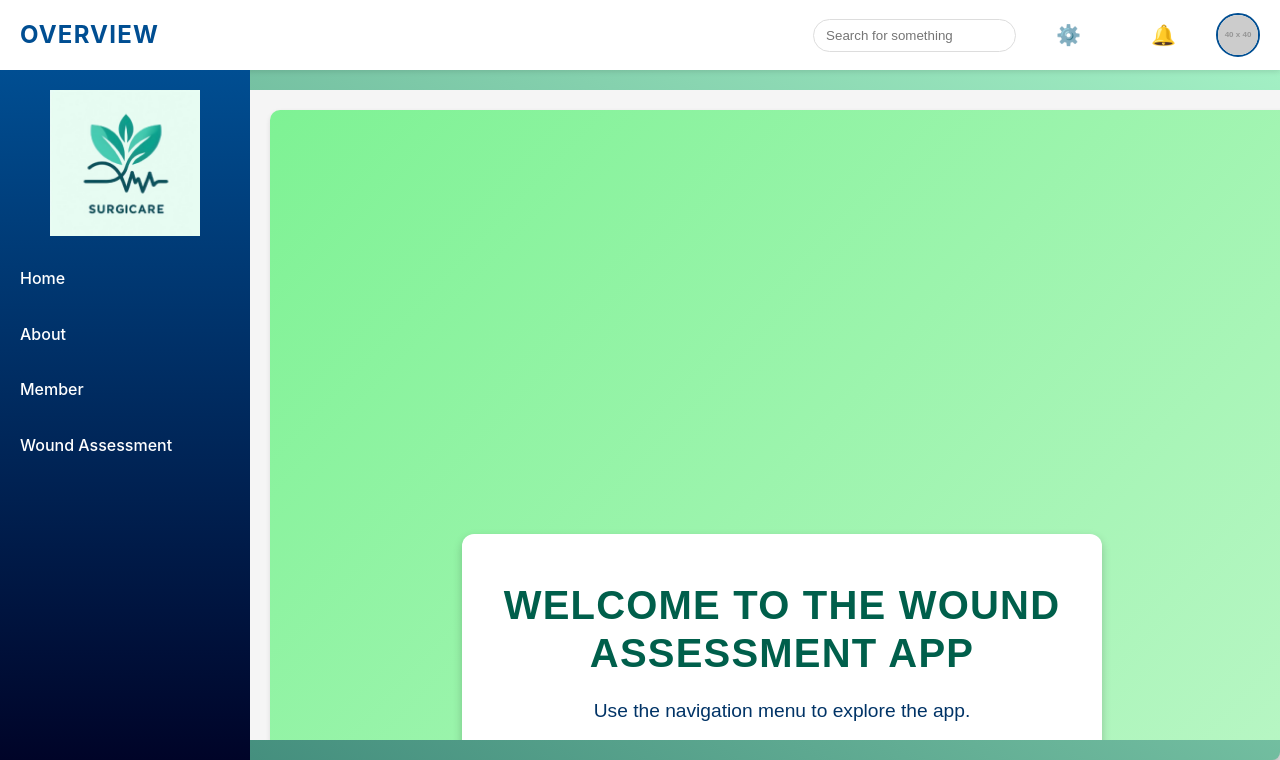
Repository: Jinwoo290350/Surgicare-Vue
Page: / (app in surgicare/)
These files come from the project's save history. The page is drawn as it stood at one moment and after the next save; the edit follows.
The browser window is 1280 px wide. The pictures show the whole page.
The project was rebuilt for these pictures with package versions that can differ from the ones it lists, and the page was loaded fresh each time. Also part of the build but not shown: surgicare/vite.config.js, surgicare/src/views/About.vue, surgicare/src/views/Member.vue, surgicare/src/components/WoundAssessment.vue.

Above is the page before, as saved 2024-12-30 20:46:11.
Console error: TypeError: Cannot read properties of null (reading 'getContext')

### surgicare/index.html
<!doctype html>
<html lang="en">
  <head>
    <meta charset="UTF-8" />
    <link rel="icon" type="image/svg+xml" href="/vite.svg" />
    <meta name="viewport" content="width=device-width, initial-scale=1.0" />
    <title>Vite + Vue</title>
  </head>
  <body>
    <div id="app"></div>
    <script type="module" src="/src/main.js"></script>
  </script>
  <link href="https://fonts.googleapis.com/css2?family=Roboto:wght@400;500;700&display=swap" rel="stylesheet">

  <script type="text/javascript" src="./src/star.js"></script>
  </body>
</html>

### surgicare/src/main.js
import { createApp } from 'vue'
import './style.css'
import App from './App.vue'
import router from "./router";

createApp(App).use(router).mount("#app");

### surgicare/src/style.css
:root {
  font-family: Inter, system-ui, Avenir, Helvetica, Arial, sans-serif;
  line-height: 1.6;
  font-weight: 400;
  color-scheme: light dark;
  color: rgba(255, 255, 255, 0.87);
  background-color: #242424;
  font-synthesis: none;
  text-rendering: optimizeLegibility;
  -webkit-font-smoothing: antialiased;
  -moz-osx-font-smoothing: grayscale;
}

a {
  font-weight: 500;
  text-decoration: none;
  transition: color 0.3s ease-in-out;
}
a:hover {
  color: #4ca6a8; /* ใช้โทนสีเขียวฟ้าแทน */
}

body {
  margin: 0;
  display: flex;
  flex-direction: column;
  align-items: center;
  justify-content: center;
  min-width: 320px;
  min-height: 100vh;
  padding: 20px;
  background-color: #1e3c34;
  background-image: linear-gradient(to top right, #3a8476, #a8f5c8);
  background-repeat: no-repeat;
  border-radius: 8px;
  box-shadow: 0 8px 16px rgba(0, 0, 0, 0.4);
}

h1 {
  font-size: 3em;
  line-height: 1.2;
  color: #fff;
  text-transform: uppercase;
  letter-spacing: 1.2px;
  margin-bottom: 1em;
  transition: transform 0.3s ease-in-out;
}
h1:hover {
  transform: scale(1.1); /* เพิ่มเอฟเฟกต์ Hover */
}

button {
  border-radius: 10px;
  border: 2px solid transparent;
  padding: 0.8em 1.5em;
  font-size: 1em;
  font-weight: 600;
  background-color: #2a3f3b;
  color: #fff;
  cursor: pointer;
  transition: all 0.3s ease-in-out;
}
button:hover {
  border-color: #50c4b7;
  background-color: #344d47;
  transform: translateY(-3px);
}
button:focus,
button:focus-visible {
  outline: 4px solid #50c4b7;
}

.card {
  padding: 2.5em;
  background-color: #2e3d3a;
  border-radius: 12px;
  box-shadow: 0 6px 15px rgba(0, 0, 0, 0.5);
  transition: transform 0.3s ease-in-out, box-shadow 0.3s ease-in-out;
}
.card:hover {
  transform: translateY(-10px);
  box-shadow: 0 12px 20px rgba(0, 0, 0, 0.6);
}

#app {
  height: 100vh;
  width: 100vw;
  margin: 0;
  padding: 0;
  overflow: hidden;
}

/* Media Queries for Responsiveness */
@media (max-width: 768px) {
  body {
    padding: 15px;
  }

  h1 {
    font-size: 2.5em;
  }

  button {
    padding: 0.7em 1.2em;
    font-size: 0.95em;
  }

  .card {
    padding: 2em;
  }

  #app {
    padding: 1.5rem;
  }
}

@media (max-width: 480px) {
  h1 {
    font-size: 2em;
  }

  button {
    padding: 0.5em 1em;
    font-size: 0.9em;
  }

  .card {
    padding: 1.5em;
  }
}

/* Light Mode Styles */
@media (prefers-color-scheme: light) {
  :root {
    color: #1f2d2a;
    background-color: #ffffff;
  }
  a:hover {
    color: #57bdb3; /* โทนเขียวฟ้าสว่าง */
  }
  button {
    background-color: #f5f5f5;
    color: #1f2d2a;
    border-color: #50c4b7;
  }
  .card {
    background-color: #f9f9f9;
    box-shadow: 0 4px 8px rgba(0, 0, 0, 0.1);
  }
}

### surgicare/src/App.vue
<template>
  <div id="app" class="app-container">
    <header class="header">
      <h1>Overview</h1>
      <div class="header-tools">
        <input type="text" placeholder="Search for something" class="search-box" />
        <button class="settings-btn">⚙️</button>
        <button class="notifications-btn">🔔</button>
        <img src="https://via.placeholder.com/40" alt="Profile" class="profile-pic" />
      </div>
    </header>

    <div class="content-wrapper">
      <aside class="sidebar">
        <img src="/Users/frank/Vscode/Vue/surgicare/public/Icon_surgicare.png" alt="Logo" class="logo" />
        <nav class="menu">
          <router-link to="/" class="menu-item">Home</router-link>
          <router-link to="/about" class="menu-item">About</router-link>
          <router-link to="/member" class="menu-item">Member</router-link>
          <router-link to="/wound-assessment" class="menu-item">Wound Assessment</router-link>
        </nav>
      </aside>

      <main class="main-content">
        <router-view class="router-view" />
      </main>
    </div>
  </div>
</template>

<script>
export default {
  name: "DashboardPage",
};
</script>

<style scoped>
/* General Styles */
body {
  margin: 0;
  font-family: 'Poppins', Arial, sans-serif;
  height: 100vh;
  overflow: hidden;
}

.app-container {
  display: flex;
  flex-direction: column;
  height: 100vh;
}

/* Header Styling */
.header {
  position: fixed;
  top: 0;
  left: 0;
  right: 0;
  height: 70px;
  background: white;
  display: flex;
  justify-content: space-between;
  align-items: center;
  padding: 0 20px;
  box-shadow: 0 2px 5px rgba(0, 0, 0, 0.1);
  z-index: 1000;
}

.header h1 {
  font-size: 24px;
  color: #004e92;
  margin: 0;
}

.header-tools {
  display: flex;
  align-items: center;
}

.search-box {
  padding: 8px 12px;
  border: 1px solid #ddd;
  border-radius: 25px;
  margin-right: 10px;
  outline: none;
  transition: box-shadow 0.3s;
}

.search-box:focus {
  box-shadow: 0 0 10px rgba(0, 78, 146, 0.5);
}

.settings-btn,
.notifications-btn {
  background: none;
  border: none;
  font-size: 20px;
  color: #555;
  margin-right: 10px;
  cursor: pointer;
}

.profile-pic {
  width: 40px;
  height: 40px;
  border-radius: 50%;
  border: 2px solid #004e92;
}

/* Content Wrapper */
.content-wrapper {
  display: flex;
  flex: 1;
  margin-top: 70px; /* Offset for the header */
}

/* Sidebar Styling */
.sidebar {
  width: 250px;
  background: linear-gradient(to bottom, #004e92, #000428);
  color: white;
  padding: 20px 0;
  display: flex;
  flex-direction: column;
  align-items: center;
  height: calc(100vh - 70px);
  position: fixed;
  left: 0;
  top: 70px; /* Below the header */
  z-index: 1000;
}

.logo {
  width: 100%;
  max-width: 150px;
  margin-bottom: 20px;
}

.menu {
  width: 100%;
}

.menu-item {
  display: block;
  text-decoration: none;
  color: white;
  font-size: 16px;
  padding: 10px 20px;
  margin-bottom: 10px;
  border-radius: 8px;
  transition: background 0.3s, transform 0.3s;
}

.menu-item:hover {
  background: rgba(255, 255, 255, 0.2);
  transform: scale(1.05);
}

/* Main Content */
.main-content {
  flex: 1;
  margin-left: 250px; /* Offset for the sidebar */
  padding: 20px;
  background: #f5f5f5;
  overflow-y: auto;
}

.router-view {
  border-radius: 10px;
  box-shadow: 0 2px 5px rgba(0, 0, 0, 0.1);
}
</style>

### surgicare/src/router/index.js
import { createRouter, createWebHistory } from "vue-router";

// Importing views and components
import Home from "../views/Home.vue";
import About from "../views/About.vue";
import Member from "../views/Member.vue";
import WoundAssessment from "../components/WoundAssessment.vue";

// Define the route configurations
const routes = [
  {
    path: "/",
    name: "Home",
    component: Home,
    meta: {
      title: "Home -  Surgicare",
    },
  },
  {
    path: "/about",
    name: "About",
    component: About,
    meta: {
      title: "About - Surgicare",
    },
  },
  {
    path: "/member",
    name: "Member",
    component: Member,
    meta: {
      title: "Member - Surgicare",
    },
  },
  {
    path: "/wound-assessment",
    name: "WoundAssessment",
    component: WoundAssessment,
    meta: {
      title: "Wound Assessment - Surgicare",
    },
  },
];

// Create the router instance
const router = createRouter({
  history: createWebHistory(),
  routes,
  scrollBehavior(to, from, savedPosition) {
    // Scroll to top on route change, unless saved position exists
    if (savedPosition) {
      return savedPosition;
    } else {
      return { top: 0 };
    }
  },
});

// Global navigation guard for dynamic document titles
router.beforeEach((to, from, next) => {
  document.title = to.meta.title || "Default App Title";
  next();
});

export default router;

### surgicare/src/views/Home.vue
<template>
  <div class="home">
    <div class="content">
      <h1 class="title">Welcome to the Wound Assessment App</h1>
      <p class="description">Use the navigation menu to explore the app.</p>
    </div>
  </div>
</template>

<script>
export default {
  name: "Home",
};
</script>

<style scoped>
.home {
  display: flex;
  justify-content: center;
  align-items: center;
  height: 150vh; /* ใช้เต็มความสูงของ viewport */
  width: 80vw; /* ลดความกว้างของ container รวมถึงขอบด้านซ้ายและขวา */
  margin: 0 auto; /* Center horizontally */
  padding: 0;
  background: linear-gradient(to bottom right, #7ef294, #c6f7d0); /* Gradient สวยๆ */
  font-family: 'Arial', sans-serif;
  text-align: center;
  box-sizing: border-box;
  overflow: hidden; /* ซ่อน scrollbar */
}

.content {
  max-width: 600px; /* ขนาดสูงสุดของกล่องข้อความ */
  padding: 20px;
  background: #ffffff;
  border-radius: 12px; /* Rounded corners */
  box-shadow: 0 4px 10px rgba(0, 0, 0, 0.2); /* Subtle shadow */
}

.title {
  font-size: 2.5rem;
  font-weight: bold;
  color: #005f4b;
  margin-bottom: 15px;
}

.description {
  font-size: 1.2rem;
  color: #003366;
  font-weight: 300;
}

html, body {
  margin: 0;
  padding: 0;
  height: 100%; /* เต็มหน้าจอ */
  width: 100%; /* เต็มหน้าจอแนวกว้าง */
  overflow: hidden; /* ปิดการเลื่อน */
  box-sizing: border-box;
}
</style>

### surgicare/src/star.js
const canvas = document.querySelector('canvas')
const c = canvas.getContext('2d')

canvas.width = innerWidth
canvas.height = innerHeight

window.addEventListener("resize", function() {
    canvas.width = window.innerWidth;
    canvas.height = window.innerHeight;
    init()
})
function Star(x, y, radius, color) {
    this.x = x
    this.y = y
    this.radius = radius
    this.color = color
    this.velocity = {
        x: (Math.random() - 0.5) * 8,
        y: 3
    }
    this.friction = 0.8
    this.gravity = 1
}

Star.prototype.draw = function() {
    c.save()
    c.beginPath()
    c.arc(this.x, this.y, this.radius, 0, Math.PI * 2, false)
    c.fillStyle = this.color
    c.shadowColor = '#E3EAEF'
    c.shadowBlur = 20
    c.fill()
    c.closePath()
    c.restore()
}

Star.prototype.update = function() {
    this.draw()

    //When ball hits bottom of screen
    if(this.y + this.radius + this.velocity.y > canvas.height - groundHeight){
        this.velocity.y = -this.velocity.y * this.friction
        this.shatter()
    }
    else{
        this.velocity.y += this.gravity
    }

    //Hits side of screen
    if(this.x + this.radius + this.velocity.x > canvas.width || this.x - this.radius <= 0){
        this.velocity.x = -this.velocity.x * this.friction
        this.shatter()
    }

    this.x += this.velocity.x
    this.y += this.velocity.y

}

Star.prototype.shatter = function(){
    this.radius -= 3
    for(let i = 0; i < 8; i++){
        miniStars.push(new MiniStar(this.x, this.y, 2))
    }

}

function MiniStar(x, y, radius, color){
    Star.call(this, x, y, radius, color)
    this.velocity = {
        x: (Math.random() - 0.5) * 10,
        y: (Math.random() - 0.5) * 30
    }
    this.friction = 0.8
    this.gravity = 0.1
    this.ttl = 100
    this.opacity = 1
}

MiniStar.prototype.draw = function() {
    c.save()
    c.beginPath()
    c.arc(this.x, this.y, this.radius, 0, Math.PI * 2, false)
    c.fillStyle = `rgba(227,234, 239, ${this.opacity})`
    c.shadowColor = '#E3EAEF'
    c.shadowBlur = 20
    c.fill()
    c.closePath()
    c.restore()
}

MiniStar.prototype.update = function() {
    this.draw()

    if(this.y + this.radius + this.velocity.y > canvas.height - groundHeight){
        this.velocity.y = -this.velocity.y * this.friction
    }
    else{
        this.velocity.y += this.gravity
    }

    this.x += this.velocity.x
    this.y += this.velocity.y
    this.ttl -= 1
    this.opacity -= 0.0001 * this.ttl
}

function creatMountainRange(mountainAmount, height, color){
    for(let i = 0; i < mountainAmount; i++){
        const mountainWidth = canvas.width / mountainAmount
        c.beginPath()
        c.moveTo(i * mountainWidth, canvas.height)
        c.lineTo(i * mountainWidth + mountainWidth + 0.2*canvas.height, canvas.height)
        c.lineTo(i * mountainWidth + mountainWidth / 2, canvas.height - height)
        c.lineTo(i * mountainWidth - 0.2*canvas.height, canvas.height)
        c.fillStyle = color
        c.fill()
        c.closePath()
    }
}

// Implementation
const backgroundGradient = c.createLinearGradient(0, 0, canvas.width, canvas.height)
backgroundGradient.addColorStop(0, '#171e26')
backgroundGradient.addColorStop(1, '#3f586b')

let stars
let miniStars
let backgroundStars
let ticker = 0
let randomSpawnRate = 75
const groundHeight = 0.09 * canvas.height
let inf = 1e9
function init() {
    stars = []
    miniStars = []
    backgroundStars = []

    for(let i = 0; i < 200; i++){
        const x = Math.random() * canvas.width
        const y = Math.random() * canvas.height
        const radius = Math.random() * 3
        backgroundStars.push(new Star(x, y, radius, 'white'))
    }
}

// Animation Loop
function animate() {
    c.clearRect(0, 0, 0, canvas.height)
    c.fillStyle = backgroundGradient
    c.fillRect(0, 0, canvas.width, canvas.height)

    backgroundStars.forEach(backgroundStar => {
        backgroundStar.draw()
    })

    if(flag) creatMountainRange(1, canvas.height * 0.7, '#384551')
    if(flag) creatMountainRange(2, canvas.height * 0.6, '#2B3843')
    if(flag) creatMountainRange(3, canvas.height * 0.4, '#26333E')
    c.fillStyle = '#182028'
    c.fillRect(0, canvas.height - groundHeight, canvas.width, groundHeight)
    stars.forEach((star, index) => {
        star.update();
        if(star.radius == 0){
            stars.splice(index, 1)
        }
    });

    miniStars.forEach((miniStar, index) => {
        miniStar.update();
        if(miniStar.ttl == 0){
            miniStars.splice(index, 1)
        }
    });

    ticker++
    if(ticker >= inf){
        ticker = 0
    }
    if(ticker % randomSpawnRate == 0){
        const radius = 9
        const x = Math.max(radius, Math.random() * canvas.width - radius)
        stars.push(new Star(x, -100, 9, '#E3EAEF'))
        randomSpawnRate = Math.floor(Math.random() * (200 - 125 + 1) + 125)
    }

    requestAnimationFrame(animate)
}

init()
animate()

After the next save:
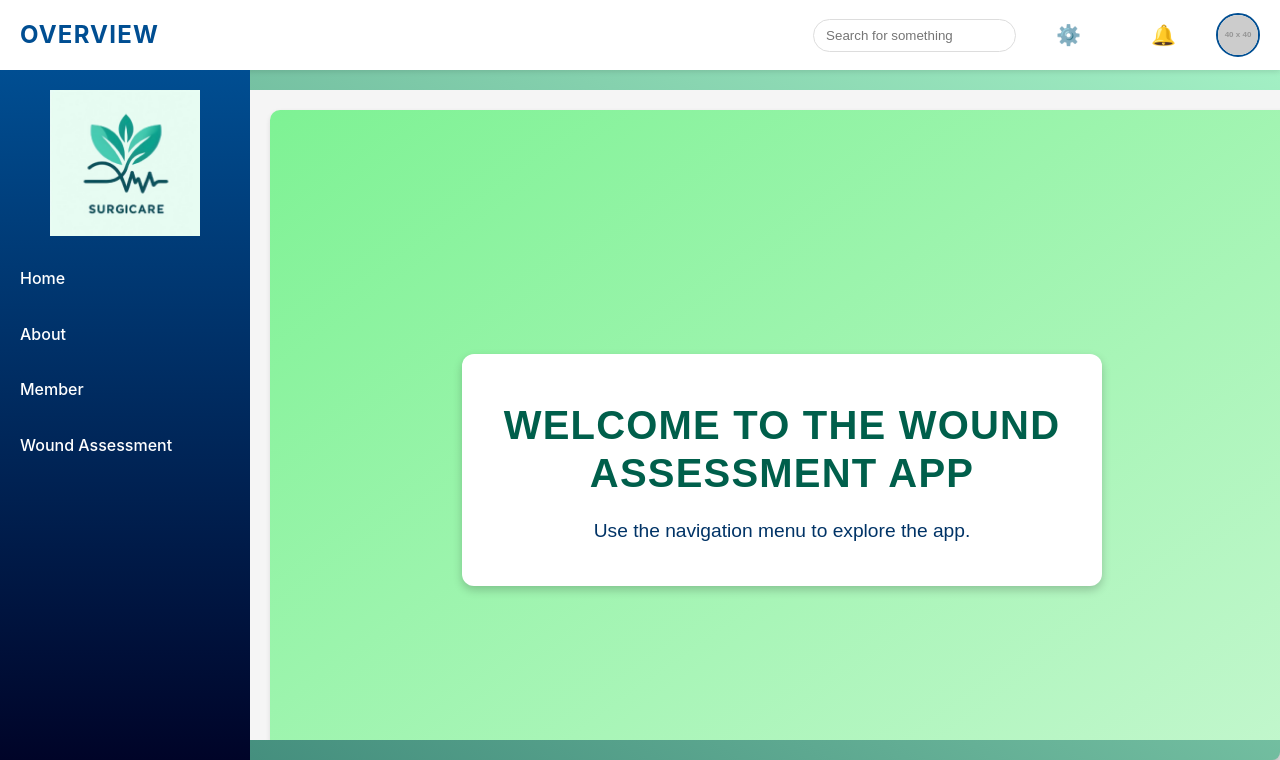
Saved 29 s later.
--- a/surgicare/src/views/Home.vue
+++ b/surgicare/src/views/Home.vue
@@ -18,15 +18,15 @@ export default {
   display: flex;
   justify-content: center;
   align-items: center;
-  height: 150vh; /* ใช้เต็มความสูงของ viewport */
+  height: 100vh; /* ใช้เต็มความสูงของ viewport */
   width: 80vw; /* ลดความกว้างของ container รวมถึงขอบด้านซ้ายและขวา */
   margin: 0 auto; /* Center horizontally */
   padding: 0;
-  background: linear-gradient(to bottom right, #7ef294, #c6f7d0); /* Gradient สวยๆ */
+  background: linear-gradient(to bottom right, #7ef294, #c6f7d0);
   font-family: 'Arial', sans-serif;
   text-align: center;
   box-sizing: border-box;
-  overflow: hidden; /* ซ่อน scrollbar */
+  overflow: hidden;
 }
 
 .content {
